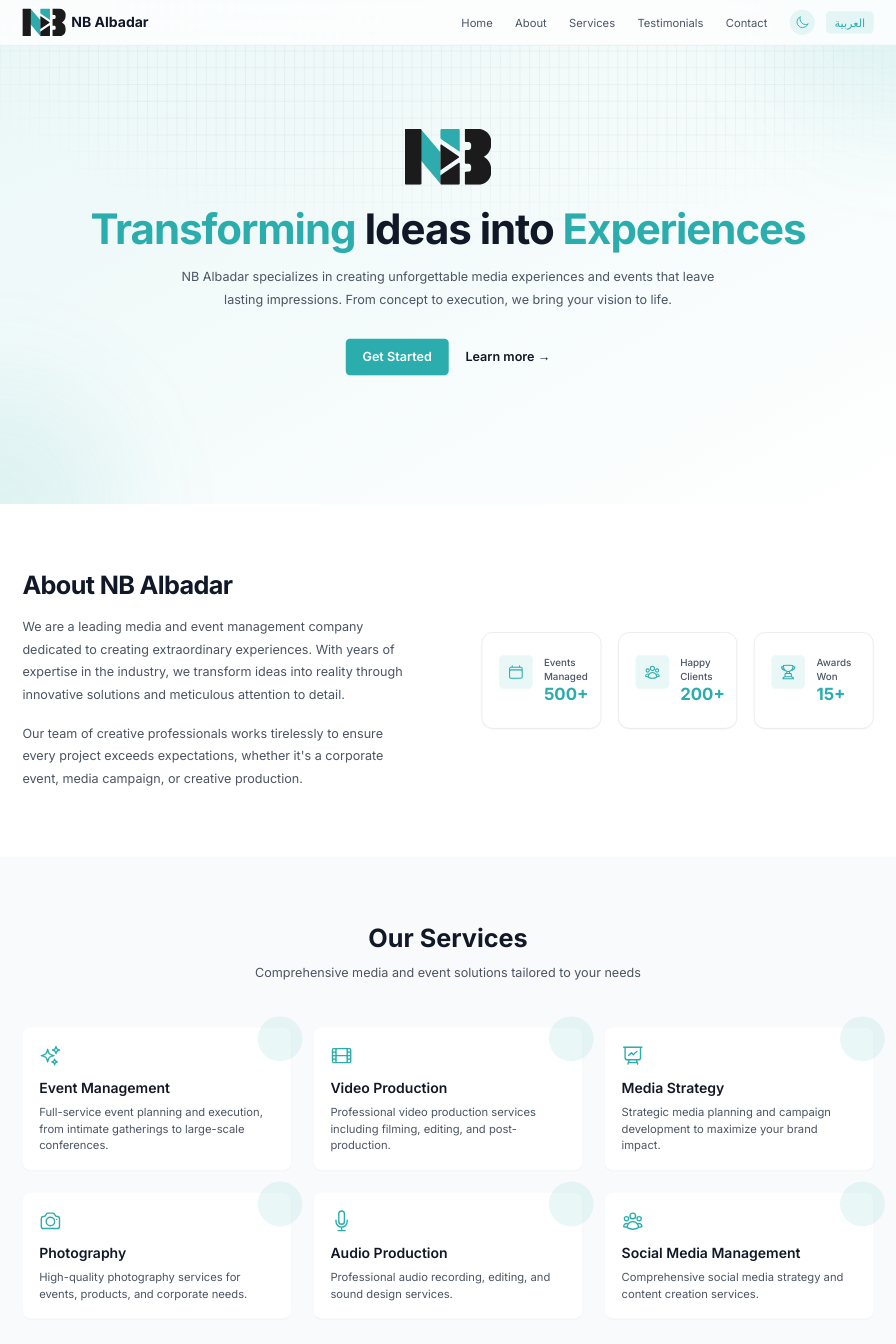
Repository: omartetano99/nb-albadr-website
Page: /
These files come from the project's save history. The page is drawn as it stood at one moment and after the next save; the edit follows.
The browser window is 1280 px wide. The pictures show the part of the page from y = 0 to 1920 px (the page is 3710 px tall), at 70% of full size.
The project was rebuilt for these pictures with package versions that can differ from the ones it lists, and the page was loaded fresh each time. The framework's server and built-in components were replaced by stand-ins that run in the browser. Also part of the build but not shown: next.config.mjs.

Above is the page before, as saved 2025-01-31 17:18:17.

### src/app/layout.tsx
import type { Metadata } from "next";
import { Inter } from "next/font/google";
import { Noto_Kufi_Arabic } from "next/font/google";
import "./globals.css";
import { ThemeProvider } from "@/components/ThemeProvider";
import { LanguageProvider } from "@/context/LanguageContext";

const inter = Inter({ subsets: ["latin"], variable: '--font-inter' });
const notoKufiArabic = Noto_Kufi_Arabic({
  subsets: ["arabic"],
  variable: '--font-arabic',
  weight: ['400', '500', '600', '700'],
});

export const metadata: Metadata = {
  title: "NB Albadar Media & Event",
  description: "Professional media and event management services",
};

export default function RootLayout({
  children,
}: {
  children: React.ReactNode
}) {
  return (
    <html lang="en" suppressHydrationWarning>
      <body className={`${inter.variable} ${notoKufiArabic.variable} font-sans antialiased`}>
        <ThemeProvider
          attribute="class"
          defaultTheme="system"
          enableSystem
          disableTransitionOnChange
        >
          <LanguageProvider>
            <div className="min-h-screen bg-white dark:bg-gray-900 text-gray-900 dark:text-gray-100 transition-colors duration-300">
              {children}
            </div>
          </LanguageProvider>
        </ThemeProvider>
      </body>
    </html>
  );
}

### src/app/page.tsx
import { Navbar } from '@/components/Navbar'
import { Hero } from '@/components/Hero'
import { About } from '@/components/About'
import { Services } from '@/components/Services'
import { Testimonials } from '@/components/Testimonials'
import { Contact } from '@/components/Contact'
import { Footer } from '@/components/Footer'

export default function Home() {
  return (
    <main>
      <Navbar />
      <Hero />
      <About />
      <Services />
      <Testimonials />
      <Contact />
      <Footer />
    </main>
  )
}

### src/app/globals.css
@tailwind base;
@tailwind components;
@tailwind utilities;

@layer base {
  html {
    @apply antialiased;
  }
}

:root {
  --background: #ffffff;
  --foreground: #171717;
}

@media (prefers-color-scheme: dark) {
  :root {
    --background: #0a0a0a;
    --foreground: #ededed;
  }
}

body {
  color: var(--foreground);
  background: var(--background);
  font-family: Arial, Helvetica, sans-serif;
}

### src/components/ThemeProvider.tsx
'use client'

import { ThemeProvider as NextThemesProvider } from 'next-themes'
import { type ThemeProviderProps } from 'next-themes/dist/types'

export function ThemeProvider({ children, ...props }: ThemeProviderProps) {
  return (
    <NextThemesProvider
      attribute="class"
      defaultTheme="system"
      enableSystem
      {...props}
    >
      {children}
    </NextThemesProvider>
  )
}

### src/context/LanguageContext.tsx
'use client'

import { createContext, useContext, useState, useEffect } from 'react'

type LanguageContextType = {
  language: 'en' | 'ar'
  setLanguage: (lang: 'en' | 'ar') => void
}

const LanguageContext = createContext<LanguageContextType | undefined>(undefined)

export function LanguageProvider({ children }: { children: React.ReactNode }) {
  const [language, setLanguage] = useState<'en' | 'ar'>('en')

  useEffect(() => {
    const savedLanguage = localStorage.getItem('language') as 'en' | 'ar'
    if (savedLanguage) {
      setLanguage(savedLanguage)
      document.documentElement.dir = savedLanguage === 'ar' ? 'rtl' : 'ltr'
      document.documentElement.lang = savedLanguage
    }
  }, [])

  const handleLanguageChange = (newLanguage: 'en' | 'ar') => {
    setLanguage(newLanguage)
    localStorage.setItem('language', newLanguage)
    document.documentElement.dir = newLanguage === 'ar' ? 'rtl' : 'ltr'
    document.documentElement.lang = newLanguage
  }

  return (
    <LanguageContext.Provider value={{ language, setLanguage: handleLanguageChange }}>
      {children}
    </LanguageContext.Provider>
  )
}

export function useLanguage() {
  const context = useContext(LanguageContext)
  if (context === undefined) {
    throw new Error('useLanguage must be used within a LanguageProvider')
  }
  return context
}

### src/components/Navbar.tsx
'use client'

import { useState, useEffect } from 'react'
import Link from 'next/link'
import Image from 'next/image'
import { motion, AnimatePresence } from 'framer-motion'
import { ThemeToggle } from './ThemeToggle'
import { Bars3Icon, XMarkIcon } from '@heroicons/react/24/outline'
import { useTheme } from 'next-themes'
import { LanguageToggle } from './LanguageToggle'
import { useLanguage } from '@/context/LanguageContext'

const navLinks = {
  en: [
    { href: '/', label: 'Home' },
    { href: '/about', label: 'About' },
    { href: '/services', label: 'Services' },
    { href: '/testimonials', label: 'Testimonials' },
    { href: '/contact', label: 'Contact' },
  ],
  ar: [
    { href: '/', label: 'الرئيسية' },
    { href: '/about', label: 'من نحن' },
    { href: '/services', label: 'خدماتنا' },
    { href: '/testimonials', label: 'آراء العملاء' },
    { href: '/contact', label: 'اتصل بنا' },
  ],
}

export function Navbar() {
  const [isOpen, setIsOpen] = useState(false)
  const { theme } = useTheme()
  const { language } = useLanguage()
  const [mounted, setMounted] = useState(false)

  useEffect(() => {
    setMounted(true)
  }, [])

  const currentNavLinks = navLinks[language]

  return (
    <nav className="fixed w-full bg-white/80 dark:bg-gray-900/80 backdrop-blur-sm z-50 border-b border-gray-200 dark:border-gray-800">
      <div className="max-w-7xl mx-auto px-4 sm:px-6 lg:px-8">
        <div className="flex items-center justify-between h-16">
          <Link href="/" className="flex items-center">
            {mounted && (
              <Image
                src={theme === 'dark' ? "/logo-nb.svg" : "/logo-nb-light.svg"}
                alt="NB Albadar Logo"
                width={40}
                height={40}
                className="h-10 w-auto"
                priority
              />
            )}
            <span className={`ml-2 text-xl font-bold text-gray-900 dark:text-white ${language === 'ar' ? 'font-arabic' : ''}`}>
              {language === 'en' ? 'NB Albadar' : 'إن بي البدر'}
            </span>
          </Link>

          {/* Desktop Navigation */}
          <div className="hidden md:flex items-center space-x-8" dir={language === 'ar' ? 'rtl' : 'ltr'}>
            {currentNavLinks.map((link) => (
              <Link
                key={link.href}
                href={link.href}
                className={`text-gray-600 dark:text-gray-300 hover:text-primary dark:hover:text-primary transition-colors ${language === 'ar' ? 'font-arabic' : ''}`}
              >
                {link.label}
              </Link>
            ))}
            <div className="flex items-center space-x-4">
              <ThemeToggle />
              <LanguageToggle />
            </div>
          </div>

          {/* Mobile Navigation Button */}
          <div className="md:hidden flex items-center space-x-2">
            <ThemeToggle />
            <LanguageToggle />
            <button
              onClick={() => setIsOpen(!isOpen)}
              className="p-2 rounded-md text-gray-600 dark:text-gray-300 hover:text-primary dark:hover:text-primary"
            >
              {isOpen ? (
                <XMarkIcon className="h-6 w-6" />
              ) : (
                <Bars3Icon className="h-6 w-6" />
              )}
            </button>
          </div>
        </div>
      </div>

      {/* Mobile Navigation Menu */}
      <AnimatePresence>
        {isOpen && (
          <motion.div
            initial={{ opacity: 0, height: 0 }}
            animate={{ opacity: 1, height: 'auto' }}
            exit={{ opacity: 0, height: 0 }}
            className="md:hidden border-t border-gray-200 dark:border-gray-800"
            dir={language === 'ar' ? 'rtl' : 'ltr'}
          >
            <div className="px-2 pt-2 pb-3 space-y-1">
              {currentNavLinks.map((link) => (
                <Link
                  key={link.href}
                  href={link.href}
                  className={`block px-3 py-2 rounded-md text-gray-600 dark:text-gray-300 hover:text-primary dark:hover:text-primary hover:bg-gray-100 dark:hover:bg-gray-800 transition-colors ${language === 'ar' ? 'font-arabic' : ''}`}
                  onClick={() => setIsOpen(false)}
                >
                  {link.label}
                </Link>
              ))}
            </div>
          </motion.div>
        )}
      </AnimatePresence>
    </nav>
  )
}

### src/components/About.tsx
'use client'

import { motion } from 'framer-motion'
import { CalendarIcon, UserGroupIcon, TrophyIcon } from '@heroicons/react/24/outline'
import { useLanguage } from '@/context/LanguageContext'

const content = {
  en: {
    title: 'About NB Albadar',
    description1: 'We are a leading media and event management company dedicated to creating extraordinary experiences. With years of expertise in the industry, we transform ideas into reality through innovative solutions and meticulous attention to detail.',
    description2: 'Our team of creative professionals works tirelessly to ensure every project exceeds expectations, whether it\'s a corporate event, media campaign, or creative production.',
    stats: [
      {
        label: 'Events Managed',
        value: '500+',
        icon: CalendarIcon,
      },
      {
        label: 'Happy Clients',
        value: '200+',
        icon: UserGroupIcon,
      },
      {
        label: 'Awards Won',
        value: '15+',
        icon: TrophyIcon,
      },
    ],
  },
  ar: {
    title: 'من نحن',
    description1: 'نقدم خدمات إعلامية متكاملة وننظم فعاليات مميزة تترك أثراً لا يُنسى. خبرتنا الطويلة في المجال تمكننا من تحويل أفكاركم إلى واقع ملموس بأسلوب مبتكر ومتقن.',
    description2: 'فريقنا المحترف يسعى دائماً لتقديم الأفضل في كل مشاريعنا، سواء كانت فعاليات أو حملات إعلامية أو إنتاج إبداعي.',
    stats: [
      {
        label: 'فعالية ناجحة',
        value: '+500',
        icon: CalendarIcon,
      },
      {
        label: 'عميل راضٍ',
        value: '+200',
        icon: UserGroupIcon,
      },
      {
        label: 'جائزة وتكريم',
        value: '+15',
        icon: TrophyIcon,
      },
    ],
  },
}

export function About() {
  const { language } = useLanguage()
  const t = content[language]

  return (
    <section className="py-24 overflow-hidden">
      <div className="max-w-7xl mx-auto px-4 sm:px-6 lg:px-8">
        <div className="lg:grid lg:grid-cols-2 lg:gap-24 lg:items-center">
          <motion.div
            initial={{ opacity: 0, x: -20 }}
            whileInView={{ opacity: 1, x: 0 }}
            viewport={{ once: true }}
            transition={{ duration: 0.5 }}
          >
            <h2 className={`text-3xl font-bold tracking-tight text-gray-900 dark:text-white sm:text-4xl ${language === 'ar' ? 'font-arabic' : ''}`}>
              {t.title}
            </h2>
            <motion.p
              initial={{ opacity: 0, y: 20 }}
              whileInView={{ opacity: 1, y: 0 }}
              viewport={{ once: true }}
              transition={{ duration: 0.5, delay: 0.2 }}
              className={`mt-6 text-lg leading-8 text-gray-600 dark:text-gray-300 ${language === 'ar' ? 'font-arabic' : ''}`}
            >
              {t.description1}
            </motion.p>
            <motion.p
              initial={{ opacity: 0, y: 20 }}
              whileInView={{ opacity: 1, y: 0 }}
              viewport={{ once: true }}
              transition={{ duration: 0.5, delay: 0.3 }}
              className={`mt-6 text-lg leading-8 text-gray-600 dark:text-gray-300 ${language === 'ar' ? 'font-arabic' : ''}`}
            >
              {t.description2}
            </motion.p>
          </motion.div>

          <motion.div
            initial={{ opacity: 0, x: 20 }}
            whileInView={{ opacity: 1, x: 0 }}
            viewport={{ once: true }}
            transition={{ duration: 0.5, delay: 0.4 }}
            className="mt-20 lg:mt-0"
          >
            <dl className="grid grid-cols-1 gap-6 sm:grid-cols-3" dir={language === 'ar' ? 'rtl' : 'ltr'}>
              {t.stats.map((stat) => (
                <motion.div
                  key={stat.label}
                  whileHover={{ scale: 1.05 }}
                  className="relative bg-white dark:bg-gray-900 px-6 py-8 rounded-2xl shadow-sm border border-gray-200 dark:border-gray-800"
                >
                  <dt>
                    <div className="absolute bg-primary/10 rounded-md p-3">
                      <stat.icon
                        className="h-6 w-6 text-primary"
                        aria-hidden="true"
                      />
                    </div>
                    <p className={`ml-16 text-sm font-medium text-gray-600 dark:text-gray-300 ${language === 'ar' ? 'font-arabic mr-16 ml-0' : ''}`}>
                      {stat.label}
                    </p>
                  </dt>
                  <dd className={`ml-16 text-2xl font-bold text-primary ${language === 'ar' ? 'mr-16 ml-0' : ''}`}>
                    {stat.value}
                  </dd>
                </motion.div>
              ))}
            </dl>
          </motion.div>
        </div>
      </div>
    </section>
  )
}

### src/components/Testimonials.tsx
'use client'

import { motion } from 'framer-motion'
import { StarIcon } from '@heroicons/react/24/solid'
import { useLanguage } from '@/context/LanguageContext'

const content = {
  en: {
    title: 'What Our Clients Say',
    subtitle: 'Don\'t just take our word for it - hear from some of our satisfied clients',
    testimonials: [
      {
        content: "NB Albadar transformed our corporate event into an unforgettable experience. Their attention to detail and professional approach exceeded our expectations.",
        author: "Sarah Johnson",
        role: "Marketing Director",
        company: "Tech Innovations Ltd",
      },
      {
        content: "The team's creativity and dedication to our media campaign was outstanding. They delivered results that went above and beyond our goals.",
        author: "Mohammed Al-Rashid",
        role: "CEO",
        company: "Global Solutions",
      },
      {
        content: "Working with NB Albadar was a game-changer for our brand. Their strategic approach and flawless execution made all the difference.",
        author: "Emily Chen",
        role: "Brand Manager",
        company: "Creative Studios",
      },
    ],
  },
  ar: {
    title: 'ماذا يقول عملاؤنا',
    subtitle: 'لا تأخذ كلمتنا فقط - اسمع من بعض عملائنا الراضين',
    testimonials: [
      {
        content: "قام إن بي البدر بتحويل فعاليتنا المؤسسية إلى تجربة لا تُنسى. لقد تجاوز اهتمامهم بالتفاصيل ونهجهم المهني توقعاتنا.",
        author: "سارة جونسون",
        role: "مديرة التسويق",
        company: "تك إنوفيشنز المحدودة",
      },
      {
        content: "كان إبداع الفريق وتفانيه في حملتنا الإعلامية متميزاً. لقد حققوا نتائج تجاوزت أهدافنا بكثير.",
        author: "محمد الراشد",
        role: "الرئيس التنفيذي",
        company: "الحلول العالمية",
      },
      {
        content: "كان العمل مع إن بي البدر نقطة تحول لعلامتنا التجارية. نهجهم الاستراتيجي وتنفيذهم المتقن صنع كل الفرق.",
        author: "إيملي تشن",
        role: "مديرة العلامة التجارية",
        company: "استوديوهات الإبداع",
      },
    ],
  },
}

export function Testimonials() {
  const { language } = useLanguage()
  const t = content[language]

  return (
    <section className="py-24 bg-gray-50 dark:bg-gray-800/50">
      <div className="max-w-7xl mx-auto px-4 sm:px-6 lg:px-8">
        <motion.div
          initial={{ opacity: 0, y: 20 }}
          whileInView={{ opacity: 1, y: 0 }}
          viewport={{ once: true }}
          transition={{ duration: 0.5 }}
          className="text-center"
        >
          <h2 className={`text-3xl font-bold text-gray-900 dark:text-white sm:text-4xl ${language === 'ar' ? 'font-arabic' : ''}`}>
            {t.title}
          </h2>
          <p className={`mt-4 text-lg text-gray-600 dark:text-gray-300 ${language === 'ar' ? 'font-arabic' : ''}`}>
            {t.subtitle}
          </p>
        </motion.div>

        <div className="mt-16 grid gap-8 md:grid-cols-2 lg:grid-cols-3" dir={language === 'ar' ? 'rtl' : 'ltr'}>
          {t.testimonials.map((testimonial, index) => (
            <motion.div
              key={testimonial.author}
              initial={{ opacity: 0, y: 20 }}
              whileInView={{ opacity: 1, y: 0 }}
              viewport={{ once: true }}
              transition={{ duration: 0.5, delay: index * 0.1 }}
              whileHover={{ scale: 1.02 }}
              className="relative bg-white dark:bg-gray-900 p-6 rounded-2xl shadow-sm"
            >
              <div className="absolute top-0 right-0 -mt-3 -mr-3">
                <div className="flex">
                  {[...Array(5)].map((_, i) => (
                    <StarIcon
                      key={i}
                      className="h-6 w-6 text-primary"
                      aria-hidden="true"
                    />
                  ))}
                </div>
              </div>

              <div className="mt-8">
                <blockquote>
                  <p className={`text-lg text-gray-600 dark:text-gray-300 ${language === 'ar' ? 'font-arabic' : ''}`}>
                    "{testimonial.content}"
                  </p>
                </blockquote>
                <div className="mt-6">
                  <p className={`font-medium text-gray-900 dark:text-white ${language === 'ar' ? 'font-arabic' : ''}`}>
                    {testimonial.author}
                  </p>
                  <p className={`mt-1 text-sm text-gray-600 dark:text-gray-400 ${language === 'ar' ? 'font-arabic' : ''}`}>
                    {testimonial.role} {language === 'ar' ? 'في' : 'at'} {testimonial.company}
                  </p>
                </div>
              </div>
            </motion.div>
          ))}
        </div>
      </div>
    </section>
  )
}

### src/components/ThemeToggle.tsx
'use client'

import { SunIcon, MoonIcon } from '@heroicons/react/24/outline'
import { useTheme } from 'next-themes'
import { useEffect, useState } from 'react'
import { motion } from 'framer-motion'

export function ThemeToggle() {
  const [mounted, setMounted] = useState(false)
  const { theme, setTheme } = useTheme()

  useEffect(() => {
    setMounted(true)
  }, [])

  if (!mounted) return null

  return (
    <motion.button
      whileHover={{ scale: 1.05 }}
      whileTap={{ scale: 0.95 }}
      onClick={() => setTheme(theme === 'dark' ? 'light' : 'dark')}
      className="p-2 rounded-full bg-primary/10 hover:bg-primary/20 transition-colors"
      aria-label="Toggle theme"
    >
      {theme === 'dark' ? (
        <SunIcon className="w-5 h-5 text-primary" />
      ) : (
        <MoonIcon className="w-5 h-5 text-primary" />
      )}
    </motion.button>
  )
}

### src/components/LanguageToggle.tsx
'use client'

import { motion } from 'framer-motion'
import { useLanguage } from '@/context/LanguageContext'

export function LanguageToggle() {
  const { language, setLanguage } = useLanguage()

  return (
    <motion.button
      whileHover={{ scale: 1.05 }}
      whileTap={{ scale: 0.95 }}
      onClick={() => setLanguage(language === 'en' ? 'ar' : 'en')}
      className="px-3 py-1 rounded-md bg-primary/10 hover:bg-primary/20 transition-colors text-primary font-medium"
      aria-label="Toggle language"
    >
      {language === 'en' ? 'العربية' : 'English'}
    </motion.button>
  )
}

### tailwind.config.ts
import type { Config } from "tailwindcss";

const config: Config = {
  content: [
    "./src/pages/**/*.{js,ts,jsx,tsx,mdx}",
    "./src/components/**/*.{js,ts,jsx,tsx,mdx}",
    "./src/app/**/*.{js,ts,jsx,tsx,mdx}",
  ],
  darkMode: 'class',
  theme: {
    extend: {
      colors: {
        primary: {
          DEFAULT: '#2CADAD',
          light: '#33c2c2',
          dark: '#259898',
        },
        background: "var(--background)",
        foreground: "var(--foreground)",
      },
      fontFamily: {
        sans: ['var(--font-inter)'],
        arabic: ['var(--font-arabic)', 'Noto Kufi Arabic', 'system-ui', 'sans-serif'],
      },
      animation: {
        'fade-in': 'fadeIn 0.5s ease-in-out',
        'slide-up': 'slideUp 0.5s ease-in-out',
      },
      keyframes: {
        fadeIn: {
          '0%': { opacity: '0' },
          '100%': { opacity: '1' },
        },
        slideUp: {
          '0%': { transform: 'translateY(20px)', opacity: '0' },
          '100%': { transform: 'translateY(0)', opacity: '1' },
        },
      },
    },
  },
  plugins: [],
}

export default config;

Loaded but not shown: src/components/Footer.tsx (148 lines, source omitted); src/components/Contact.tsx (159 lines, source omitted); src/components/Services.tsx (169 lines, source omitted); src/components/Hero.tsx (148 lines, source omitted)

After the next save:
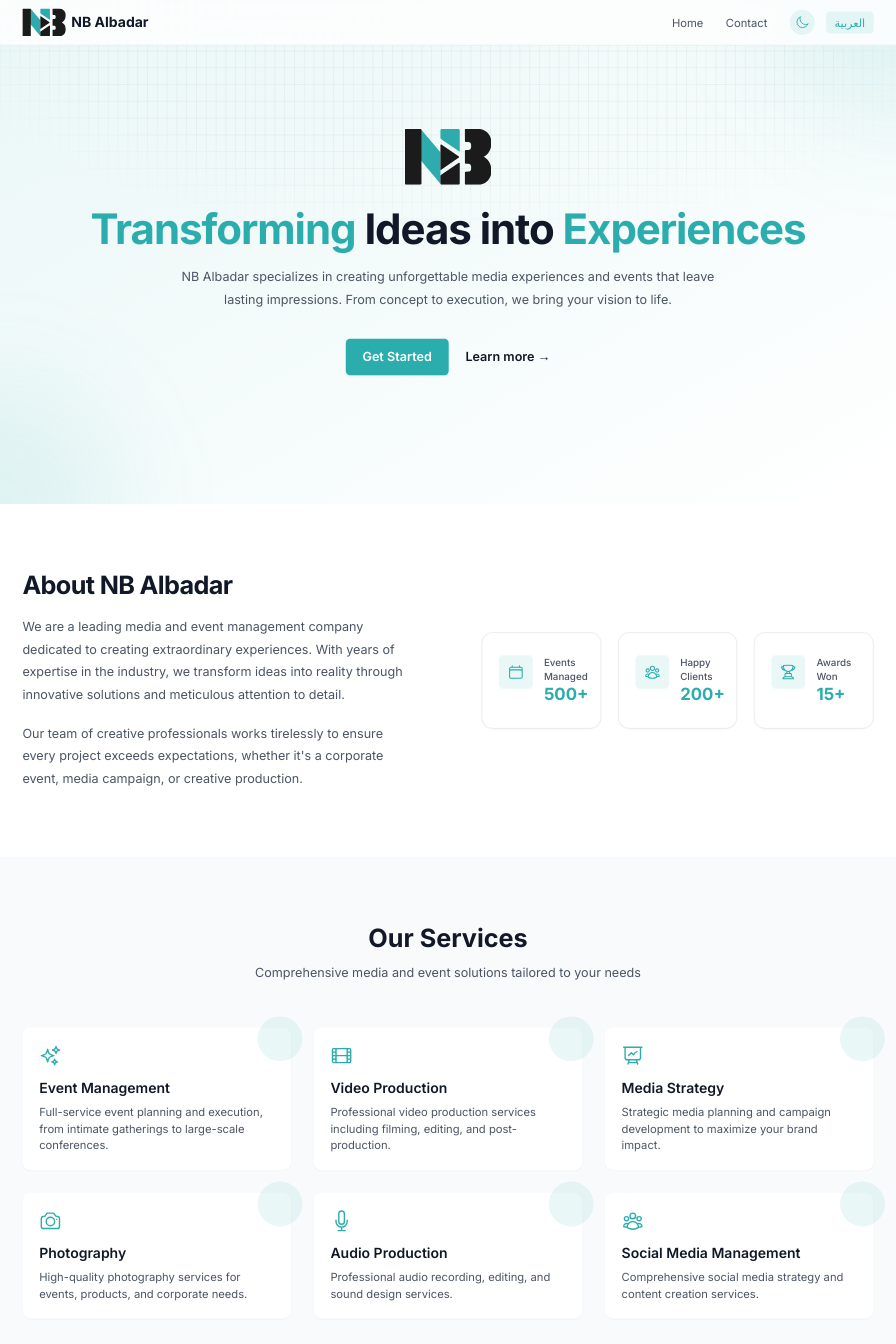
Saved 20 s later.
--- a/src/components/Navbar.tsx
+++ b/src/components/Navbar.tsx
@@ -13,16 +13,10 @@ import { useLanguage } from '@/context/LanguageContext'
 const navLinks = {
   en: [
     { href: '/', label: 'Home' },
-    { href: '/about', label: 'About' },
-    { href: '/services', label: 'Services' },
-    { href: '/testimonials', label: 'Testimonials' },
     { href: '/contact', label: 'Contact' },
   ],
   ar: [
     { href: '/', label: 'الرئيسية' },
-    { href: '/about', label: 'من نحن' },
-    { href: '/services', label: 'خدماتنا' },
-    { href: '/testimonials', label: 'آراء العملاء' },
     { href: '/contact', label: 'اتصل بنا' },
   ],
 }
